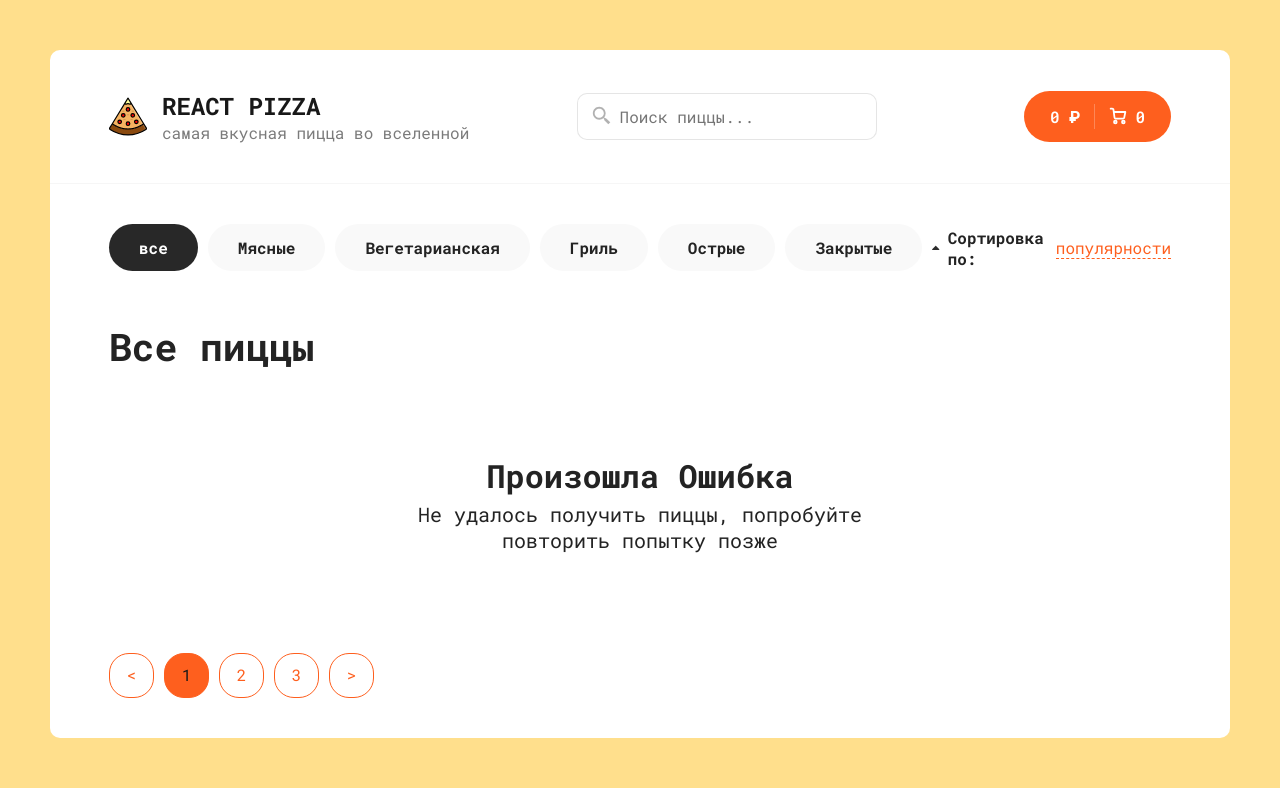
Repository: TI-IT/react-pizza2
Page: /
These files come from the project's save history. The page is drawn as it stood at one moment and after the next save; the edit follows.
The browser window is 1280 px wide. The pictures show the whole page.
The page's requests for data from a server got no answer. The project was rebuilt for these pictures with package versions that can differ from the ones it lists, and the page was loaded fresh each time. No one was signed in, and anything a server would have sent is missing. Also part of the build but not shown: src/components/PizzaBlock.jsx, src/components/CartItem.jsx, src/components/CartEmpty.jsx, src/pages/Cart.jsx, src/pages/FullPizza.jsx, src/components/NotFoundBlock/NotFounBlock.module.scss, src/components/NotFoundBlock/index.jsx, src/pages/NotFound.tsx.

Above is the page before, as saved 2022-10-22 20:55:14.

### public/index.html
<!DOCTYPE html>
<html lang="en">
  <head>
    <meta charset="utf-8" />
    <link rel="icon" href="%PUBLIC_URL%/favicon.ico" />
    <link rel="preconnect" href="https://fonts.googleapis.com" />
    <link rel="preconnect" href="https://fonts.gstatic.com" crossorigin />
    <link
      href="https://fonts.googleapis.com/css2?family=Roboto+Mono:wght@300;400;500;600;700&display=swap"
      rel="stylesheet"
    />
    <meta name="viewport" content="width=device-width, initial-scale=1" />
    <meta name="theme-color" content="#000000" />
    <meta
      name="description"
      content="Web site created using create-react-app"
    />
    <link rel="apple-touch-icon" href="%PUBLIC_URL%/logo192.png" />
    <!--
      manifest.json provides metadata used when your web app is installed on a
      user's mobile device or desktop. See https://developers.google.com/web/fundamentals/web-app-manifest/
    -->
    <link rel="manifest" href="%PUBLIC_URL%/manifest.json" />
    <!--
      Notice the use of %PUBLIC_URL% in the tags above.
      It will be replaced with the URL of the `public` folder during the build.
      Only files inside the `public` folder can be referenced from the HTML.

      Unlike "/favicon.ico" or "favicon.ico", "%PUBLIC_URL%/favicon.ico" will
      work correctly both with client-side routing and a non-root public URL.
      Learn how to configure a non-root public URL by running `npm run build`.
    -->
    <title>React App</title>
  </head>
  <body>
    <noscript>You need to enable JavaScript to run this app.</noscript>
    <div id="root"></div>
    <!--
      This HTML file is a template.
      If you open it directly in the browser, you will see an empty page.

      You can add webfonts, meta tags, or analytics to this file.
      The build step will place the bundled scripts into the <body> tag.

      To begin the development, run `npm start` or `yarn start`.
      To create a production bundle, use `npm run build` or `yarn build`.
    -->
  </body>
</html>

### src/index.tsx
import React from 'react'
import ReactDOM from 'react-dom/client'
import { BrowserRouter } from 'react-router-dom'
import { Provider } from 'react-redux'
import App from './App'
import { store } from './redux/store'

const root = ReactDOM.createRoot(document.getElementById('root'))
root.render(
  <BrowserRouter>
    <Provider store={store}>
      <App />
    </Provider>
  </BrowserRouter>
)

### src/App.js
import React, { Children } from 'react'
import Header from './components/Header'
import Home from './pages/Home'
import Cart from './pages/Cart'
import FullPizza from './pages/FullPizza.jsx'
import NotFound from './pages/NotFound'
import { Routes, Route } from 'react-router-dom'
import './scss/app.scss'

function Parent({ Children }) {
  return (
    <div>
      <h1>Заголовок</h1>
      {Children}
    </div>
  )
}

function App() {
  return (
    <div className="wrapper">
      <Header />
      <div className="content">
        <Routes>
          <Route path="/" element={<Home />} />
          <Route path="/cart" element={<Cart />} />
          <Route path="/pizza/:id" element={<FullPizza />} />
          <Route path="*" element={<NotFound />} />
        </Routes>
      </div>
    </div>
  )
}
export default App

### src/components/Header.jsx
import { Link, useLocation } from 'react-router-dom'
import { useSelector } from 'react-redux'
import logoSVG from '../assets/img/pizza-logo.svg'
import Search from './Search'
import { selectCart } from '../redux/slices/cartSlice'

function Header() {
  const { items, totalPrice } = useSelector(selectCart)
  const location = useLocation()

  const totalCount = items.reduce((sum, item) => sum + item.count, 0)

  return (
    <div className="header">
      <div className="container">
        <Link to="/">
          <div className="header__logo">
            <img width="38" src={logoSVG} alt="Pizza logo" />
            <div>
              <h1>React Pizza</h1>
              <p>самая вкусная пицца во вселенной</p>
            </div>
          </div>
        </Link>
        <Search />
        <div className="header__cart">
          {location.pathname !== '/cart' && (
            <Link to="/cart" className="button button--cart">
              <span>{totalPrice} ₽</span>
              <div className="button__delimiter"></div>
              <svg
                width="18"
                height="18"
                viewBox="0 0 18 18"
                fill="none"
                xmlns="http://www.w3.org/2000/svg">
                <path
                  d="M6.33333 16.3333C7.06971 16.3333 7.66667 15.7364 7.66667 15C7.66667 14.2636 7.06971 13.6667 6.33333 13.6667C5.59695 13.6667 5 14.2636 5 15C5 15.7364 5.59695 16.3333 6.33333 16.3333Z"
                  stroke="white"
                  strokeWidth="1.8"
                  strokeLinecap="round"
                  strokeLinejoin="round"
                />
                <path
                  d="M14.3333 16.3333C15.0697 16.3333 15.6667 15.7364 15.6667 15C15.6667 14.2636 15.0697 13.6667 14.3333 13.6667C13.597 13.6667 13 14.2636 13 15C13 15.7364 13.597 16.3333 14.3333 16.3333Z"
                  stroke="white"
                  strokeWidth="1.8"
                  strokeLinecap="round"
                  strokeLinejoin="round"
                />
                <path
                  d="M4.78002 4.99999H16.3334L15.2134 10.5933C15.1524 10.9003 14.9854 11.176 14.7417 11.3722C14.4979 11.5684 14.1929 11.6727 13.88 11.6667H6.83335C6.50781 11.6694 6.1925 11.553 5.94689 11.3393C5.70128 11.1256 5.54233 10.8295 5.50002 10.5067L4.48669 2.82666C4.44466 2.50615 4.28764 2.21182 4.04482 1.99844C3.80201 1.78505 3.48994 1.66715 3.16669 1.66666H1.66669"
                  stroke="white"
                  strokeWidth="1.8"
                  strokeLinecap="round"
                  strokeLinejoin="round"
                />
              </svg>
              <span>{totalCount}</span>
            </Link>
          )}
        </div>
      </div>
    </div>
  )
}

export default Header

### src/pages/Home.jsx
import React from 'react'
import qs from 'qs'
import { Link, useNavigate } from 'react-router-dom'
import { useSelector, useDispatch } from 'react-redux'

import {
  selectFilter,
  setCategoryId,
  setCurrentPage,
  setFilters
} from '../redux/slices/filterSlice'

import Categories from '../components/Categories'
import Sort, { sortList } from '../components/Sort'
import PizzaBlock from '../components/PizzaBlock'
import Skeleton from '../components/PizzaBlock/Skeleton'
import Pagination from '../components/Pagination'
import { fetchPizzas, selectPizzaData } from '../redux/slices/pizzaSlice'

const Home = () => {
  const navigate = useNavigate()
  const dispatch = useDispatch()
  const isSearch = React.useRef(false)
  const isMaunted = React.useRef(false)

  const { items, status } = useSelector(selectPizzaData)
  const { categoryId, sort, currentPage, searchValue } = useSelector(selectFilter)

  const onChangeCategory = id => {
    dispatch(setCategoryId(id))
  }
  const onChangePage = number => {
    dispatch(setCurrentPage(number))
  }

  const getPizzas = async () => {
    const order = sort.sortProperty.includes('-') ? 'asc' : 'desc'
    const sortBy = sort.sortProperty.replace('-', '')
    const category = categoryId > 0 ? `category=${categoryId}` : ''
    const search = searchValue ? `&search=${searchValue}` : ''

    dispatch(
      fetchPizzas({
        order,
        sortBy,
        category,
        search,
        currentPage
      })
    )

    window.scrollTo(0, 0)
  }

  //***---React Pizza v2 — Сохраняем параметры фильтрации в URL---***
  //шаг 2
  //Если изменили параметры и был первый рендер
  React.useEffect(() => {
    if (isMaunted.current) {
      const queryString = qs.stringify({
        sortProperty: sort.sortProperty,
        categoryId,
        currentPage
      })
      navigate(`?${queryString}`)
    }
    isMaunted.current = true
  }, [categoryId, sort.sortProperty, currentPage])

  //***---React Pizza v2 — Сохраняем параметры фильтрации в URL---***
  //шаг 1
  //Если был первый рендер, то проверяем URL-параметры и сохроняем в редуксе
  React.useEffect(() => {
    if (window.location.search) {
      //параметры адресной строки преврощаем в объект -qs.parse
      const params = qs.parse(window.location.search.substring(1))
      const sort = sortList.find(obj => obj.sortProperty === params.sortProperty)
      dispatch(
        setFilters({
          ...params,
          sort
        })
      )

      isSearch.current = true
    }
  }, [])

  //Загрузка один раз
  //***---React Pizza v2 — Сохраняем параметры фильтрации в URL---***
  //шаг 3
  //Если был первый рендер, то запрашиваем пиццы
  React.useEffect(() => {
    getPizzas()
  }, [categoryId, sort.sortProperty, searchValue, currentPage])

  const pizzas = items.map(obj => (
    <Link key={obj.id} to={`/pizza/${obj.id}`}>
      <PizzaBlock {...obj} />
    </Link>
  ))
  const sceletons = [...new Array(6)].map((_, index) => <Skeleton key={index} />)

  return (
    <div className="container">
      <div className="content__top">
        <Categories value={categoryId} onChangeCategory={id => onChangeCategory(id)} />
        <Sort />
      </div>
      <h2 className="content__title">Все пиццы</h2>
      {status === 'error' ? (
        <div className="content__error-info">
          <h2>Произошла Ошибка</h2>
          <p>Не удалось получить пиццы, попробуйте повторить попытку позже</p>
        </div>
      ) : (
        <div className="content__items">{status === 'loading' ? sceletons : pizzas}</div>
      )}
      <Pagination currentPage={currentPage} onChangePage={onChangePage} />
    </div>
  )
}

export default Home

### src/components/Search/index.jsx
import React from 'react'
import debounce from 'lodash.debounce'
import styles from './Search.module.scss'
import { useDispatch } from 'react-redux'
import { setSearchValue } from '../../redux/slices/filterSlice'

const Search = () => {
  const dispatch = useDispatch()
  const [value, setValue] = React.useState('')
  const inputRef = React.useRef()

  const onClickClear = () => {
    dispatch(setSearchValue(''))
    setValue('')
    inputRef.current.focus()
  }

  const updateSearchValue = React.useCallback(
    debounce(str => {
      dispatch(setSearchValue(str))
    }, 350),
    []
  )

  const onChangeInput = event => {
    setValue(event.target.value)
    updateSearchValue(event.target.value)
  }

  return (
    <div className={styles.root}>
      <svg
        className={styles.icon}
        height="24"
        viewBox="0 0 24 24"
        width="24"
        xmlns="http://www.w3.org/2000/svg">
        <path d="M19.023 16.977a35.13 35.13 0 0 1-1.367-1.384c-.372-.378-.596-.653-.596-.653l-2.8-1.337A6.962 6.962 0 0 0 16 9c0-3.859-3.14-7-7-7S2 5.141 2 9s3.14 7 7 7c1.763 0 3.37-.66 4.603-1.739l1.337 2.8s.275.224.653.596c.387.363.896.854 1.384 1.367l1.358 1.392.604.646 2.121-2.121-.646-.604c-.379-.372-.885-.866-1.391-1.36zM9 14c-2.757 0-5-2.243-5-5s2.243-5 5-5 5 2.243 5 5-2.243 5-5 5z" />
      </svg>
      <input
        ref={inputRef}
        value={value}
        onChange={onChangeInput}
        className={styles.input}
        placeholder="Поиск пиццы..."
      />
      {value && (
        <svg
          onClick={onClickClear}
          className={styles.clearIcon}
          height="48"
          viewBox="0 0 48 48"
          width="48"
          xmlns="http://www.w3.org/2000/svg">
          <path d="M38 12.83L35.17 10 24 21.17 12.83 10 10 12.83 21.17 24 10 35.17 12.83 38 24 26.83 35.17 38 38 35.17 26.83 24z" />
          <path d="M0 0h48v48H0z" fill="none" />
        </svg>
      )}
    </div>
  )
}
export default Search

### src/components/Categories.tsx
import React from 'react'

function Categories({ value, onChangeCategory }) {
  const categories = ['все', 'Мясные', 'Вегетарианская', 'Гриль', 'Острые', 'Закрытые']

  return (
    <div className="categories">
      <ul>
        {categories.map((categoryName, i) => (
          <li key={i} onClick={() => onChangeCategory(i)} className={value === i ? 'active' : ''}>
            {categoryName}
          </li>
        ))}
      </ul>
    </div>
  )
}
export default Categories

### src/components/Sort.jsx
import React from 'react'
import { useSelector, useDispatch } from 'react-redux'
import { selectSort, setSort } from '../redux/slices/filterSlice'
export const sortList = [
  { name: 'популярности(DESC)', sortProperty: 'rating' },
  { name: 'популярности(ASC)', sortProperty: '-rating' },
  { name: 'цене(DESC)', sortProperty: 'price' },
  { name: 'цене(ASC)', sortProperty: '-price' },
  { name: 'алфавиту(DESC)', sortProperty: 'title' },
  { name: 'алфавиту(ASC)', sortProperty: '-title' }
]

function Sort() {
  const dispatch = useDispatch()
  const sort = useSelector(selectSort)
  const sortRef = React.useRef()

  const [open, setOpen] = React.useState(false)

  const onClickListItem = obj => {
    dispatch(setSort(obj))
    setOpen(false)
  }

  React.useEffect(() => {
    const handleClickoutside = event => {
      if (!event.path.includes(sortRef.current)) {
        setOpen(false)
      }
    }
    document.body.addEventListener('click', handleClickoutside)

    return () => document.body.removeEventListener('click', handleClickoutside)
  }, [])

  return (
    <div ref={sortRef} className="sort">
      <div className="sort__label">
        <svg
          width="10"
          height="6"
          viewBox="0 0 10 6"
          fill="none"
          xmlns="http://www.w3.org/2000/svg">
          <path
            d="M10 5C10 5.16927 9.93815 5.31576 9.81445 5.43945C9.69075 5.56315 9.54427 5.625 9.375 5.625H0.625C0.455729 5.625 0.309245 5.56315 0.185547 5.43945C0.061849 5.31576 0 5.16927 0 5C0 4.83073 0.061849 4.68424 0.185547 4.56055L4.56055 0.185547C4.68424 0.061849 4.83073 0 5 0C5.16927 0 5.31576 0.061849 5.43945 0.185547L9.81445 4.56055C9.93815 4.68424 10 4.83073 10 5Z"
            fill="#2C2C2C"
          />
        </svg>
        <b>Сортировка по:</b>
        <span onClick={() => setOpen(!open)}>{sort.name}</span>
      </div>
      {open && (
        <div className="sort__popup">
          <ul>
            {sortList.map((obj, i) => (
              <li
                key={i}
                onClick={() => onClickListItem(obj)}
                className={sort.sortProperty === obj.sortProperty ? 'active' : ''}>
                {obj.name}
              </li>
            ))}
          </ul>
        </div>
      )}
    </div>
  )
}

export default Sort

### src/components/PizzaBlock/Skeleton.jsx
import React from 'react'
import ContentLoader from 'react-content-loader'

const Skeleton = props => (
  <ContentLoader
    className="pizza-block"
    speed={2}
    width={280}
    height={465}
    viewBox="0 0 280 465"
    backgroundColor="#f3f3f3"
    foregroundColor="#ecebeb">
    <circle cx="134" cy="127" r="98" />
    <rect x="0" y="465" rx="5" ry="5" width="280" height="32" />
    <rect x="28" y="231" rx="7" ry="7" width="218" height="22" />
    <rect x="33" y="271" rx="19" ry="19" width="213" height="69" />
    <rect x="30" y="365" rx="1" ry="1" width="88" height="27" />
    <rect x="141" y="362" rx="17" ry="17" width="106" height="35" />
  </ContentLoader>
)

export default Skeleton

### src/components/Pagination/index.jsx
import React from 'react'
import ReactPaginate from 'react-paginate'
import styles from './Pagination.module.scss'

const Pagination = ({ onChangePage, currentPage }) => {
  return (
    <div>
      <ReactPaginate
        className={styles.root}
        breakLabel="..."
        nextLabel=">"
        previousLabel="<"
        onPageChange={e => onChangePage(e.selected + 1)}
        pageRangeDisplayed={4}
        pageCount={3}
        forcePage={currentPage - 1}
        renderOnZeroPageCount={null}
      />
    </div>
  )
}

export default Pagination

### src/scss/libs/_normalize.scss
* {
  padding: 0;
  margin: 0;
  list-style: none;
  outline: none;
  font-family: 'Roboto Mono', Roboto, system-ui, Tahoma, sans-serif;
  box-sizing: border-box;
}

html {
  -ms-text-size-adjust: 100%;
  -webkit-text-size-adjust: 100%;
}

body {
  -moz-osx-font-smoothing: grayscale;
  -webkit-font-smoothing: antialiased;
  color: $black;
}

a,
span,
p,
b,
h1,
h2,
h3,
h4,
h5 {
  color: $black;
}

h1 {
  font-size: 48px;
}

h2 {
  font-weight: 600;
  font-size: 28px;
  line-height: 30px;
}

a {
  text-decoration: none;
}

@mixin noselect {
  -webkit-touch-callout: none; /* iOS Safari */
  -webkit-user-select: none; /* Safari */
  -khtml-user-select: none; /* Konqueror HTML */
  -moz-user-select: none; /* Old versions of Firefox */
  -ms-user-select: none; /* Internet Explorer/Edge */
  user-select: none; /* Non-prefixed version, currently
                                  supported by Chrome, Opera and Firefox */
}

### src/scss/components/_header.scss
@import '../variables.scss';

.header {
  border-bottom: 1px solid $gray-line;
  padding: 40px 0;

  .container {
    display: flex;
    align-items: center;
    justify-content: space-between;

    @media (max-width: 645px) {
      flex-direction: column;
      .header__cart {
        margin-top: 20px;
      }
    }
  }

  &__logo {
    display: flex;

    img {
      margin-right: 15px;
    }

    h1 {
      color: #181818;
      font-size: 24px;
      letter-spacing: 1%;
      text-transform: uppercase;
      font-weight: 800;
    }

    p {
      color: #7b7b7b;
    }
  }
}

### src/scss/components/_button.scss
@import '../variables.scss';

.button {
  display: inline-block;
  background-color: $orange;
  border-radius: 30px;
  padding: 10px 20px;
  min-width: 100px;
  text-align: center;
  cursor: pointer;
  transition: background-color $duration ease-in-out, border-color $duration ease-in-out;
  border: 1px solid transparent;
  @include noselect();

  &,
  span {
    color: #fff;
  }

  i,
  span,
  path,
  svg {
    transition: all $duration ease-in-out;
  }

  &:hover {
    background-color: darken($orange, 8%);
  }

  &:active {
    background-color: darken($orange, 12%);
    transform: translateY(1px);
  }

  &--circle {
    display: flex;
    align-items: center;
    justify-content: center;
    width: 32px;
    height: 32px;
    min-width: 32px;
    padding: 0;
    border-width: 2px;
  }

  &--black {
    background-color: $black;

    &:hover,
    &:active {
      background-color: lighten($color: $black, $amount: 10);
    }
  }

  &--outline {
    background-color: #fff;
    border-color: $orange;
    &,
    span {
      color: $orange;
    }

    svg {
      path {
        fill: $orange;
      }
    }

    &:hover {
      background-color: $orange;

      &,
      span {
        color: #fff;
      }

      svg {
        path {
          fill: #fff;
        }
      }
    }

    &:active {
      background-color: darken($orange, 8%);
    }
  }

  &__delimiter {
    width: 1px;
    height: 25px;
    background-color: rgba(255, 255, 255, 0.25);
    margin-left: 14px;
    margin-right: 14px;
  }

  &--add {
    svg {
      margin-right: 2px;
    }

    span {
      font-weight: 600;
      font-size: 16px;
    }

    &:hover {
      i {
        background-color: #fff;
        color: $orange;
      }
    }

    i {
      display: inline-block;
      border-radius: 30px;
      background-color: $orange;
      color: #fff;
      font-weight: 600;
      width: 22px;
      height: 22px;
      font-style: normal;
      font-size: 13px;
      line-height: 22px;
      position: relative;
      top: -1px;
      left: 3px;
    }
  }

  &--cart {
    display: flex;
    align-items: center;
    line-height: 23px;
    padding: 12px 25px;

    svg {
      margin-right: 8px;
      margin-bottom: 1px;
    }

    span {
      font-weight: 600;
      font-size: 16px;
    }
  }
}

### src/scss/components/_sort.scss
@import '../variables.scss';

.sort {
  position: relative;
  &__label {
    display: flex;
    align-items: center;

    svg {
      margin-right: 8px;
    }

    b {
      margin-right: 8px;
    }

    span {
      color: $orange;
      border-bottom: 1px dashed $orange;
      cursor: pointer;
    }
  }

  &__popup {
    position: absolute;
    right: 0;
    margin-top: 15px;
    background: #ffffff;
    box-shadow: 0px 5px 15px rgba(0, 0, 0, 0.09);
    border-radius: 10px;
    overflow: hidden;
    padding: 10px 0;

    ul {
      overflow: hidden;
      li {
        padding: 12px 20px;
        cursor: pointer;

        &.active,
        &:hover {
          background: rgba(254, 95, 30, 0.05);
        }

        &.active {
          font-weight: bold;
          color: $orange;
        }
      }
    }
  }
}

### src/scss/components/_pizza-block.scss
@import '../variables.scss';

.pizza-block {
  width: 280px;
  text-align: center;
  margin-bottom: 65px;

  &-wrapper {
    display: flex;
    justify-content: center;
  }

  &__image {
    width: 260px;
  }

  &__title {
    font-size: 20px;
    font-weight: 900;
    letter-spacing: 1%;
    margin-bottom: 20px;
  }

  &__selector {
    display: flex;
    background-color: #f3f3f3;
    border-radius: 10px;
    flex-direction: column;
    padding: 6px;

    ul {
      display: flex;
      flex: 1;

      &:first-of-type {
        margin-bottom: 6px;
      }

      li {
        padding: 8px;
        flex: 1;
        cursor: pointer;
        font-weight: 600;
        font-size: 14px;
        @include noselect();
        &.active {
          background: #ffffff;
          box-shadow: 0px 2px 4px rgba(0, 0, 0, 0.04);
          border-radius: 5px;
          cursor: auto;
        }
      }
    }
  }

  &__bottom {
    display: flex;
    align-items: center;
    justify-content: space-between;
    margin-top: 20px;
  }

  &__price {
    font-weight: bold;
    font-size: 22px;
    line-height: 27px;
    letter-spacing: 0.015em;
  }
}

### src/components/Search/Search.module.scss
.root {
  position: relative;
  left: -20px;
}

.input {
  border: 1px solid rgba(0, 0, 0, 0.1);
  padding: 12px 20px;
  padding-left: 42px;
  width: 300px;
  border-radius: 10px;
  font-size: 16px;

  &:focus {
    border: 1.5px solid rgba(151, 81, 16, 0.4);
  }
}
.icon {
  width: 22px;
  height: 22px;
  opacity: 0.3;
  position: absolute;
  left: 14px;
  top: 12px;
}
.clearIcon {
  width: 18px;
  height: 18px;
  opacity: 0.3;
  position: absolute;
  right: 15px;
  top: 15px;
  cursor: pointer;

  &:hover {
    opacity: 0.8;
  }
}

### src/components/Pagination/Pagination.module.scss
.root {
  li {
    display: inline-block;
  }

  a {
    text-align: center;
    width: 45px;
    line-height: 42px;
    height: 45px;
    border: 1px solid #fe5f1e;
    border-radius: 20px;
    margin-right: 10px;
    cursor: pointer;
    display: inline-block;
    color: #fe5f1e;
    &:hover {
      background-color: gold;
      a {
        color: rgb(255, 255, 255);
      }
    }
  }
  :global {
    .selected {
      a {
        background-color: #fe5f1e;
        color: rgb(22, 24, 24);
      }
    }
  }
}

Loaded but not shown: src/scss/_variables.scss (common file); src/scss/components/_all.scss (common file); src/scss/components/_categories.scss (common file); src/redux/slices/pizzaSlice.js (51 lines, source omitted); src/redux/slices/cartSlice.js (47 lines, source omitted); src/redux/slices/filterSlice.js (43 lines, source omitted); src/redux/store.js (12 lines, source omitted); src/scss/app.scss (386 lines, source omitted)

After the next save:
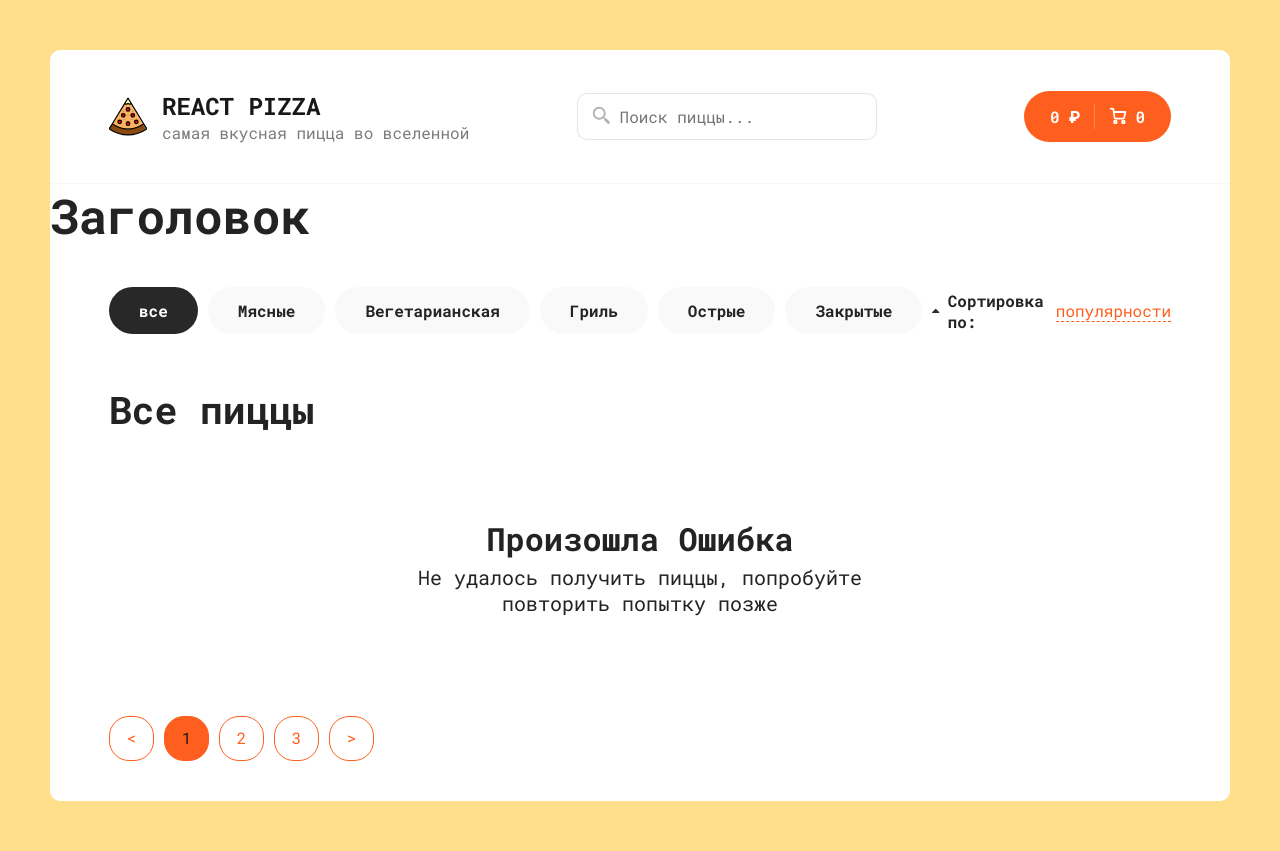
Saved 21 s later.
--- a/src/App.js
+++ b/src/App.js
@@ -20,6 +20,7 @@ function App() {
   return (
     <div className="wrapper">
       <Header />
+      <Parent>555555</Parent>
       <div className="content">
         <Routes>
           <Route path="/" element={<Home />} />
